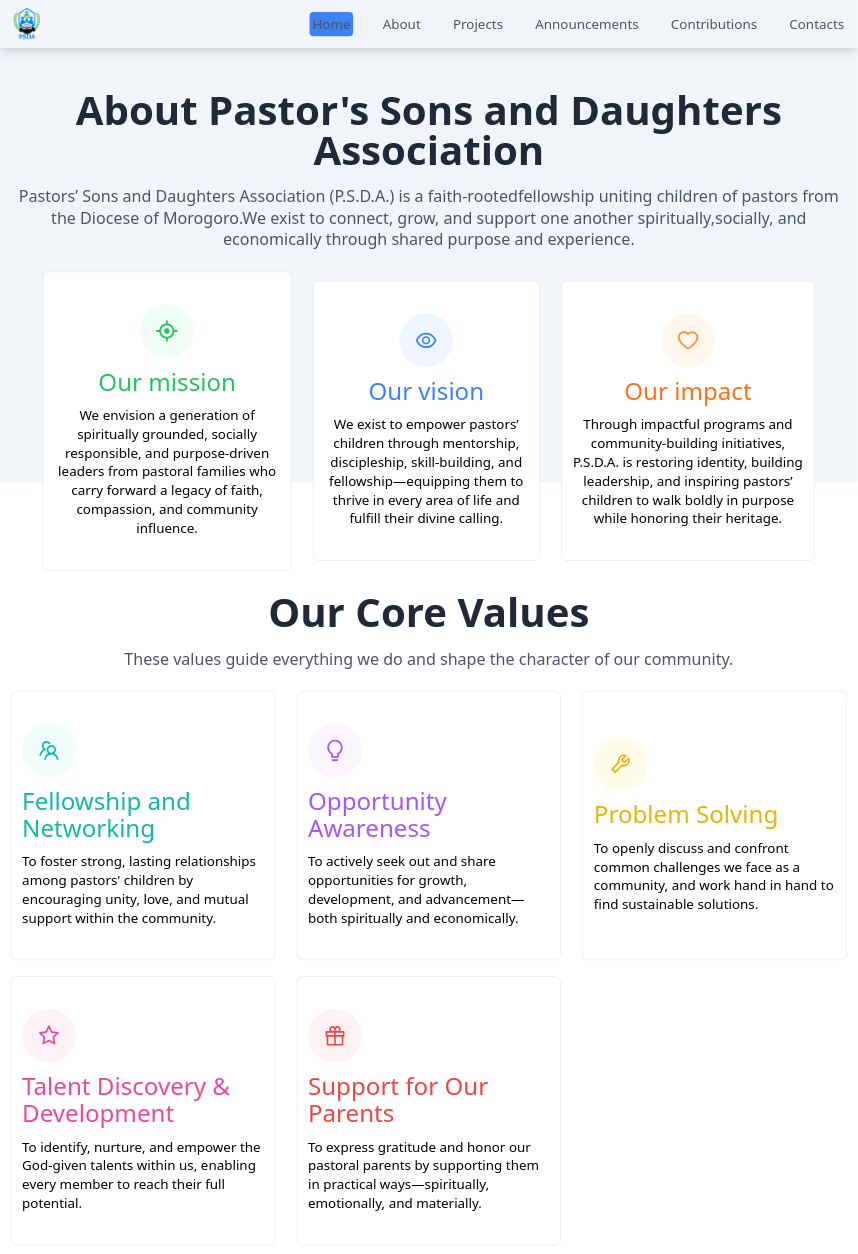
Repository: Zedestar/psda
Page: /about
The author's editor kept a copy of each file at every save. The page is drawn from the files as they stood at one save, then again after the next save.
The browser window is 1280 px wide. The pictures show the whole page, at 67% of full size.
The project was rebuilt for these pictures with package versions that can differ from the ones it lists, and the page was loaded fresh each time. Also part of the build but not shown: src/pages/home/home.jsx, src/pages/projects/projects.jsx, src/pages/announcements/announcements.jsx, src/pages/contirbutions/contributions.jsx, src/pages/contacts/contacts.jsx.

Above is the page before, as saved 2025-07-19 09:42:57.

### src/index.js
import React from "react";
import ReactDOM from "react-dom/client";
import App from "./App";
import "./index.css";
import { BrowserRouter } from "react-router-dom";

const root = ReactDOM.createRoot(document.getElementById("root"));
root.render(
  <BrowserRouter>
    <React.StrictMode>
      <App />
    </React.StrictMode>
  </BrowserRouter>
);

### src/App.js
import { Route, Routes } from "react-router-dom";
import Header from "./components/header/header";
import Home from "./pages/home/home";
import AboutPage from "./pages/about/about";
import Projects from "./pages/projects/projects";
import Announcements from "./pages/announcements/announcements";
import Contributions from "./pages/contirbutions/contributions";
import Contacts from "./pages/contacts/contacts";

function App() {
  return (
    <div className="flex flex-col flex-center h-screen  bg-slate-100">
      <Header />
      <Routes>
        <Route path="/" element={<Home />} />
        <Route path="/about" element={<AboutPage />} />
        <Route path="/projects" element={<Projects />} />
        <Route path="/announcements" element={<Announcements />} />
        <Route path="/contributions" element={<Contributions />} />
        <Route path="/contact" element={<Contacts />} />
      </Routes>
    </div>
  );
}

export default App;

### src/components/header/header.jsx
import { useState } from "react";
import headerData from "./header-data";
import HeaderItem from "./header-item";
import psdaImage from "../../assets/images/psdaImage.png";

function Header() {
  const [active, setActive] = useState(1);
  return (
    <div className="w-full flex justify-center shadow-lg">
      <header className="w-full flex items-center justify-between px-4 py-3 border-b border-b-gray-300 max-w-screen-2xl">
        <div className="text-3xl rounded-full overflow-hidden">
          <img className="h-12 w-12" src={psdaImage} alt="" />
        </div>{" "}
        <ul className="hidden lg:flex justify-center space-x-10 flex-center">
          {headerData.map((item) => (
            <HeaderItem
              key={item.id}
              item={item}
              active={active}
              setActive={setActive}
            />
          ))}
        </ul>
        <ul className="lg:hidden">
          <li>miaaa</li>
          <li>miaaa</li>
          <li>miaaa</li>
          <li>miaaa</li>
          <li>miaaa</li>
        </ul>
      </header>
    </div>
  );
}

export default Header;

### src/pages/about/about.jsx
import PrimaryCard from "../../components/cards/primary-card";
import SecondaryCard from "../../components/cards/secondary-card";
import aboutUsData from "./about-us-data";
import core_objectives_data from "./core-objective-goals-data";
import mission_vission_impact_data from "./mission-vission-impact";

function AboutPage() {
  return (
    <div className="w-full h-full flex justify-center">
      <div className="w-full h-full py-10 max-w-screen-2xl flex flex-col items-center">
        <div className="flex flex-col m-5 space-y-6">
          <p className="text-center text-6xl font-semibold text-gray-800">
            About Pastor's Sons and Daughters Association
          </p>
          <p className="text-center text-gray-600 text-2xl">{aboutUsData}</p>
        </div>
        <div className="flex flex-col lg:flex-row items-center justify-around mx-12">
          {mission_vission_impact_data.map((item) => (
            <PrimaryCard item={item} />
          ))}
        </div>
        <div className="flex flex-col m-5 space-y-6">
          <p className="text-center text-6xl font-semibold text-gray-800">
            Our Core Values
          </p>
          <p className="text-center text-gray-600 text-2xl">
            These values guide everything we do and shape the character of our
            community.
          </p>
        </div>
        <div className="grid grid-cols-3">
          {core_objectives_data.map((item) => (
            <SecondaryCard item={item} />
          ))}
        </div>
      </div>
    </div>
  );
}

export default AboutPage;

### src/components/header/header-data.js
const headerData = [
  {
    id: 1,
    content: "Home",
    link: "/",
  },
  {
    id: 2,
    content: "About",
    link: "/about",
  },
  {
    id: 3,
    content: "Projects",
    link: "/projects",
  },
  {
    id: 4,
    content: "Announcements",
    link: "/announcements",
  },
  {
    id: 5,
    content: "Contributions",
    link: "/contributions",
  },
  {
    id: 6,
    content: "Contacts",
    link: "/contact",
  },
];

export default headerData;

### src/components/header/header-item.jsx
import { Link } from "react-router-dom";

function HeaderItem({ item, active, setActive }) {
  console.log(active);
  return (
    <li
      className={`p-1 rounded-md text-xl text-gray-600 font-gray-100 hover:bg-gray-200 transition cursor-pointer ${
        item.id === active ? "bg-blue-500" : ""
      }`}
      onClick={() => setActive(item.id)}
    >
      <Link to={item.link}>{item.content}</Link>
    </li>
  );
}

export default HeaderItem;

### src/components/cards/primary-card.jsx
function PrimaryCard({ item }) {
  return (
    <div className="border flex flex-col justify-center mx-4 my-3 space-y-4 px-4 py-12 rounded-lg text-center max-w-lg hover:shadow-lg transition  bg-white">
      <div className="w-full flex items-center justify-center">
        <div
          className={`flex items-center justify-center rounded-full ${item.color} w-20 h-20`}
        >
          {item.icon}
        </div>
      </div>

      <p className={`text-4xl ${item.text_color}`}>{item.title}</p>
      <p className="text-xl">{item.content}</p>
    </div>
  );
}

export default PrimaryCard;

### src/components/cards/secondary-card.jsx
function SecondaryCard({ item }) {
  return (
    <div className="border flex flex-col justify-center mx-4 my-3 space-y-4 px-4 py-12 rounded-lg text-start max-w-lg hover:shadow-lg transition  bg-white">
      <div className="w-full flex items-center justify-start">
        <div
          className={`flex items-center justify-center rounded-full ${item.color} w-20 h-20`}
        >
          {item.icon}
        </div>
      </div>

      <p className={`text-4xl ${item.text_color}`}>{item.title}</p>
      <p className="text-xl">{item.content}</p>
    </div>
  );
}

export default SecondaryCard;

### src/pages/about/about-us-data.js
const aboutUsData =
  "Pastors’ Sons and Daughters Association (P.S.D.A.) is a faith-rootedfellowship uniting children of pastors from the Diocese of Morogoro.We exist to connect, grow, and support one another spiritually,socially, and economically through shared purpose and experience.";

export default aboutUsData;

### src/pages/about/core-objective-goals-data.js
import {
  AiOutlineTeam,
  AiOutlineBulb,
  AiOutlineTool,
  AiOutlineStar,
  AiOutlineGift,
} from "react-icons/ai";

const core_objectives_data = [
  {
    id: 1,
    title: "Fellowship and Networking",
    content:
      "To foster strong, lasting relationships among pastors' children by encouraging unity, love, and mutual support within the community.",
    icon: <AiOutlineTeam className="text-4xl text-teal-500" />,
    color: "bg-teal-50",
    text_color: "text-teal-500",
  },
  {
    id: 2,
    title: "Opportunity Awareness",
    content:
      "To actively seek out and share opportunities for growth, development, and advancement—both spiritually and economically.",
    icon: <AiOutlineBulb className="text-4xl text-purple-500" />,
    color: "bg-purple-50",
    text_color: "text-purple-500",
  },
  {
    id: 3,
    title: "Problem Solving",
    content:
      "To openly discuss and confront common challenges we face as a community, and work hand in hand to find sustainable solutions.",
    icon: <AiOutlineTool className="text-4xl text-yellow-500" />,
    color: "bg-yellow-50",
    text_color: "text-yellow-500",
  },
  {
    id: 4,
    title: "Talent Discovery & Development",
    content:
      "To identify, nurture, and empower the God-given talents within us, enabling every member to reach their full potential.",
    icon: <AiOutlineStar className="text-4xl text-pink-500" />,
    color: "bg-pink-50",
    text_color: "text-pink-500",
  },
  {
    id: 5,
    title: "Support for Our Parents",
    content:
      "To express gratitude and honor our pastoral parents by supporting them in practical ways—spiritually, emotionally, and materially.",
    icon: <AiOutlineGift className="text-4xl text-red-500" />,
    color: "bg-red-50",
    text_color: "text-red-500",
  },
];

export default core_objectives_data;

### src/pages/about/mission-vission-impact.js
import { AiOutlineAim, AiOutlineEye, AiOutlineHeart } from "react-icons/ai";

const mission_vission_impact_data = [
  {
    id: 1,
    title: "Our mission",
    content:
      "We envision a generation of spiritually grounded, socially responsible, and purpose-driven leaders from pastoral families who carry forward a legacy of faith, compassion, and community influence.",

    icon: <AiOutlineAim className="text-4xl text-green-500" />,
    color: "bg-green-50",
    text_color: "text-green-500",
  },
  {
    id: 2,
    title: "Our vision",
    content:
      "We exist to empower pastors’ children through mentorship, discipleship, skill-building, and fellowship—equipping them to thrive in every area of life and fulfill their divine calling.",
    icon: <AiOutlineEye className="text-4xl text-blue-500" />,
    color: "bg-blue-50",
    text_color: "text-blue-500",
  },
  {
    id: 3,
    title: "Our impact",
    content:
      "Through impactful programs and community-building initiatives, P.S.D.A. is restoring identity, building leadership, and inspiring pastors’ children to walk boldly in purpose while honoring their heritage.",
    icon: <AiOutlineHeart className="text-4xl text-orange-400" />,
    color: "bg-orange-50",
    text_color: "text-orange-500",
  },
];

export default mission_vission_impact_data;

### tailwind.config.js
/** @type {import('tailwindcss').Config} */
module.exports = {
  content: ["./src/**/*.{js,jsx,ts,tsx}"],
  theme: {
    extend: {
      colors: {
        psdaGreen: "#1A8F57",
      },
    },
  },
  plugins: [],
};

Loaded but not shown: public/index.html (common file); src/index.css (common file)

After the next save:
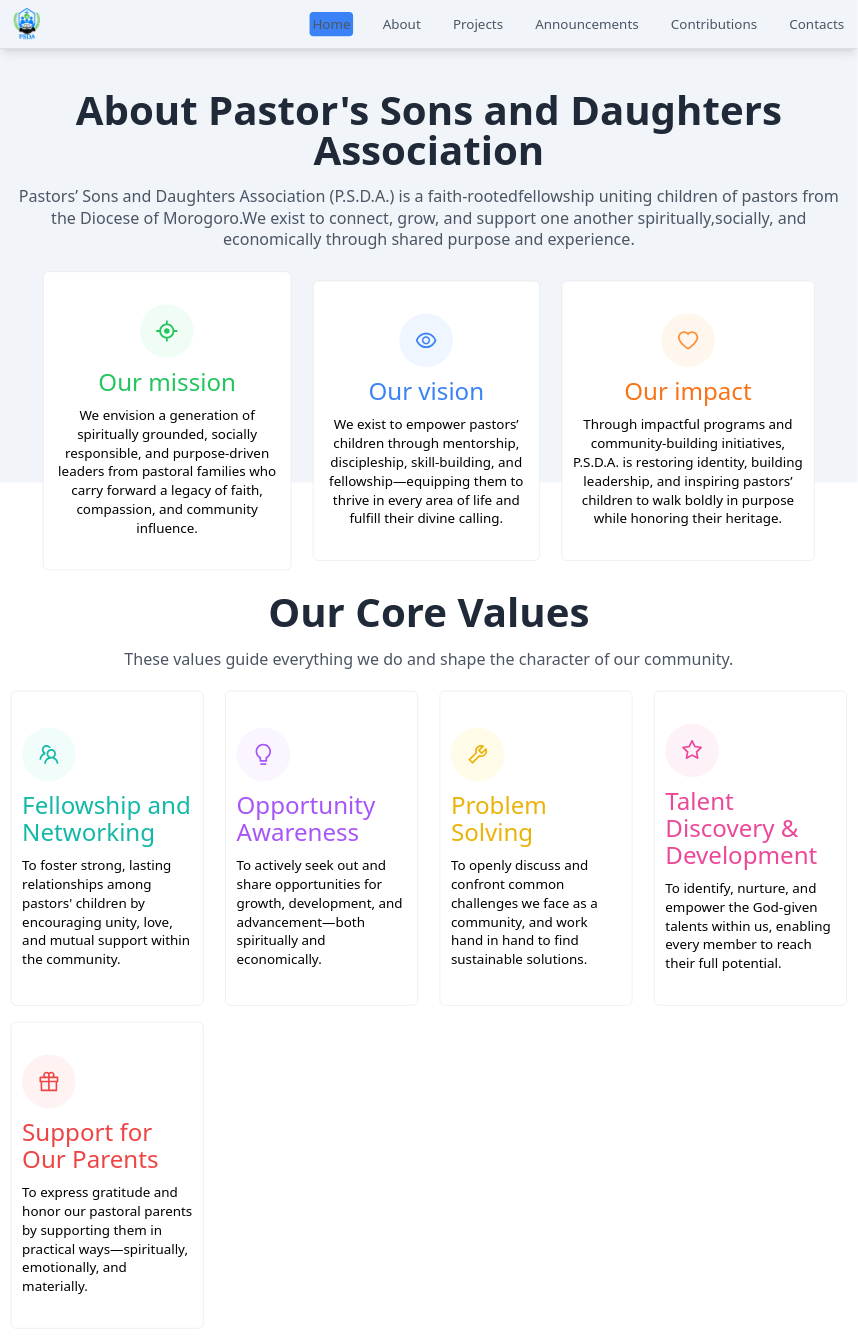
Saved 21 s later.
--- a/src/pages/about/about.jsx
+++ b/src/pages/about/about.jsx
@@ -28,7 +28,7 @@ function AboutPage() {
             community.
           </p>
         </div>
-        <div className="grid grid-cols-3">
+        <div className="grid grid-cols-4">
           {core_objectives_data.map((item) => (
             <SecondaryCard item={item} />
           ))}
